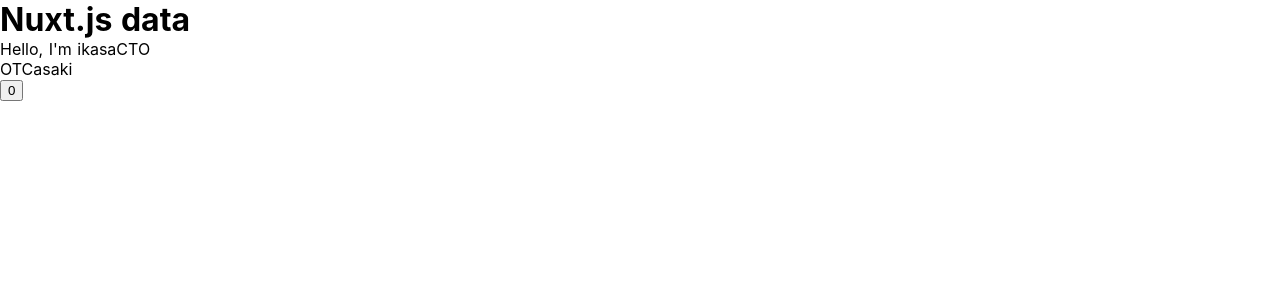
Repository: minoto9/nuxt-sample
Page: /
These files come from the project's save history. The page is drawn as it stood at one moment and after the next save; the edit follows.
The browser window is 1280 px wide. The pictures show the whole page.
The project was rebuilt for these pictures with package versions that can differ from the ones it lists, and the page was loaded fresh each time. The framework's server and built-in components were replaced by stand-ins that run in the browser. Also part of the build but not shown: nuxt.config.js.

Above is the page before, as saved 2019-06-09 11:26:10.

### assets/css/main.scss
.scss {
    color: red;
}

### layouts/default.vue
<template>
  <div>
    <nuxt />
  </div>
</template>

<style>
html {
  font-family: 'Source Sans Pro', -apple-system, BlinkMacSystemFont, 'Segoe UI',
    Roboto, 'Helvetica Neue', Arial, sans-serif;
  font-size: 16px;
  word-spacing: 1px;
  -ms-text-size-adjust: 100%;
  -webkit-text-size-adjust: 100%;
  -moz-osx-font-smoothing: grayscale;
  -webkit-font-smoothing: antialiased;
  box-sizing: border-box;
}

*,
*:before,
*:after {
  box-sizing: border-box;
  margin: 0;
}

.button--green {
  display: inline-block;
  border-radius: 4px;
  border: 1px solid #3b8070;
  color: #3b8070;
  text-decoration: none;
  padding: 10px 30px;
}

.button--green:hover {
  color: #fff;
  background-color: #3b8070;
}

.button--grey {
  display: inline-block;
  border-radius: 4px;
  border: 1px solid #35495e;
  color: #35495e;
  text-decoration: none;
  padding: 10px 30px;
  margin-left: 15px;
}

.button--grey:hover {
  color: #fff;
  background-color: #35495e;
}
</style>

### pages/index.vue
<template>
  <hoge :title="indexTitle" />
</template>

<script>
import Hoge from '~/components/Hoge.vue'

export default {
  components: {
    Hoge
  },
  data() {
    return {
      indexTitle: 'Nuxt.js data'
    }
  }
}
</script>

<style>
</style>

### components/Hoge.vue
<template lang="html">
    <div class="">
        <h1>{{ title }}</h1>
        Hello, I'm {{ name }}
        <div>
            {{ reverse }}
        </div>
        <div>
            <button type="button" name="button" @click="plus">
                {{ num }}
            </button>
        </div>
        <div :class="['hide', { seven: num === 7 }]">
            click 7 times
        </div>
            <div class="slot">
                <slot />
            </div>
        </div>
</template>

<script>
export default {
    mounted() {
        console.log('mounted')
    },
    props: {
        title: {
            type: String,
            default: 'Default title'
        }
    },
    data() {
        return {
            name: 'ikasaCTO',
            num: 0
        }
    },
    methods: {
        plus() {
            this.num++
        }
    },
    computed: {
        reverse() {
            return this.name.split('').reverse().join('')
        }
    }
}
</script>

<style lang="scss" scoped>
    .hide {
        display: none;
        &.seven{
            display: block;
        }
    }
    .slot {
        color: red;
    }
</style>

After the next save:
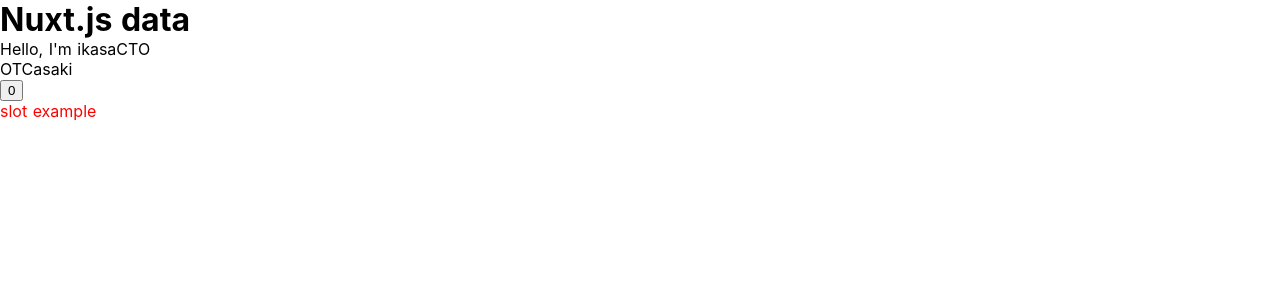
Saved 48 s later.
--- a/pages/index.vue
+++ b/pages/index.vue
@@ -1,5 +1,9 @@
 <template>
-  <hoge :title="indexTitle" />
+  <hoge :title="indexTitle" >
+    <div class="come">
+      slot example
+    </div>
+  </hoge>
 </template>
 
 <script>
